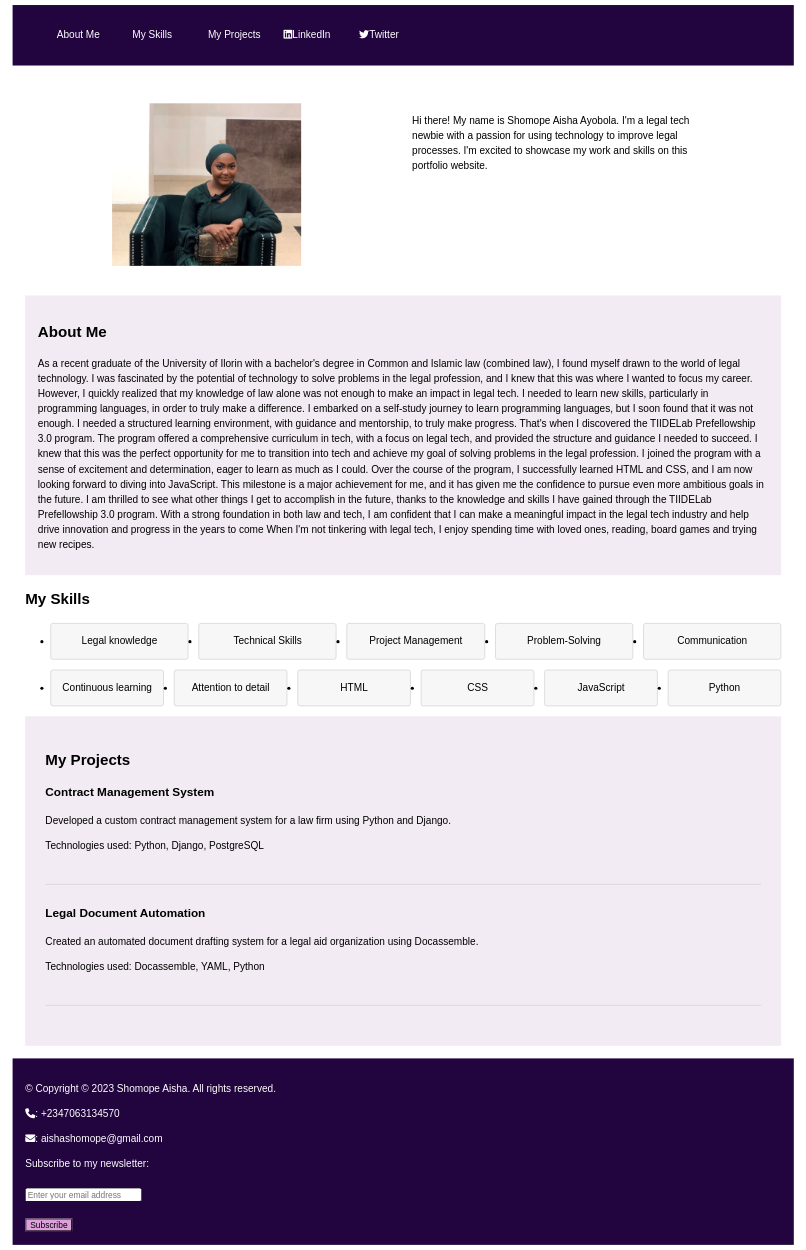
Repository: Iyewande/AishasPortfolio
Page: Index.html
These files come from the project's save history. The page is drawn as it stood at one moment and after the next save; the edit follows.
The browser window is 1280 px wide. The pictures show the whole page, at 63% of full size.
Some web libraries are served in a nearby version.

Above is the page before, as saved 2023-05-04 22:01:07.

After the next save:
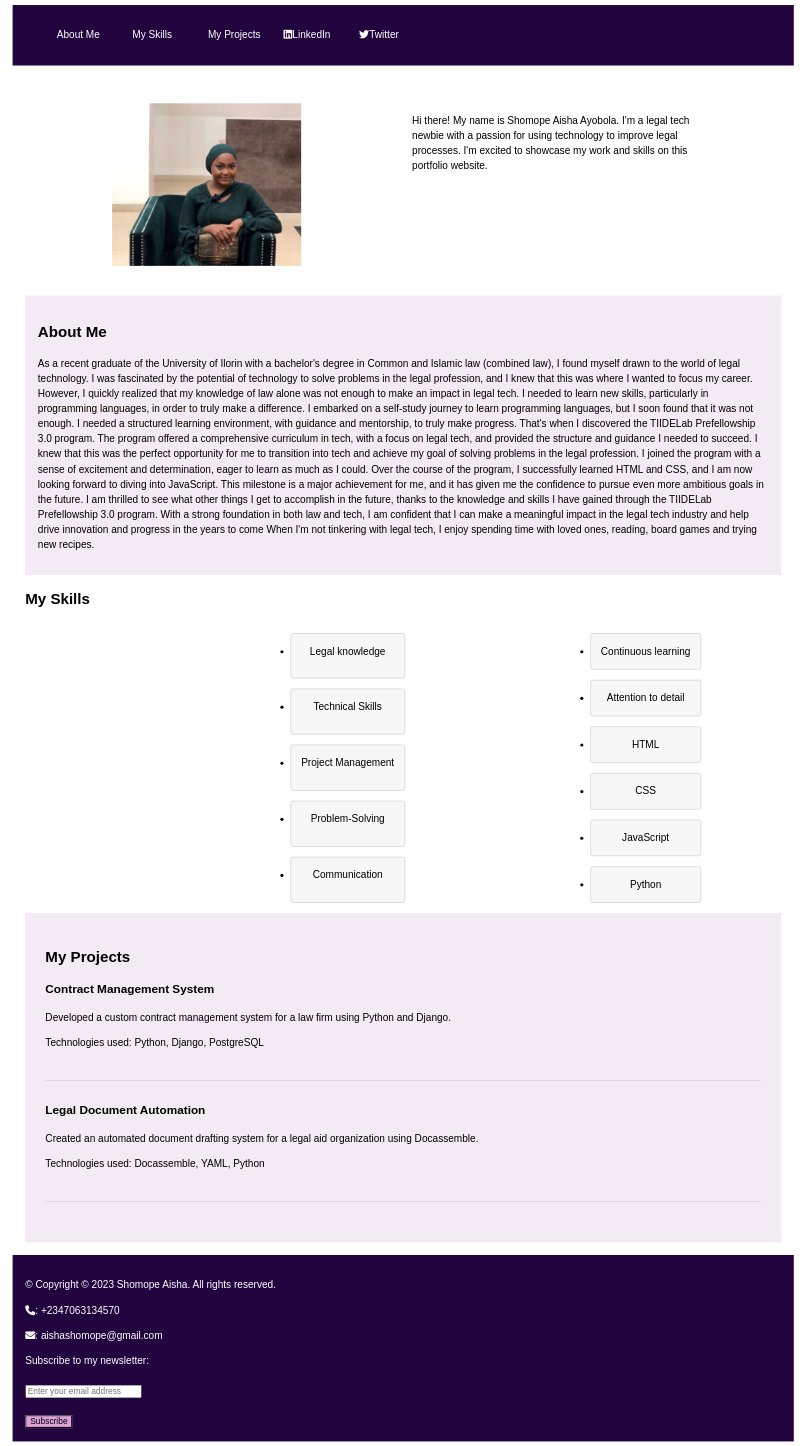
Saved 5 min 44 s later.
--- a/Style.css
+++ b/Style.css
@@ -103,6 +103,23 @@ nav ul li a {
     padding: 1em;
     text-align: center;
   }
+
+  #list{
+    display: flex;
+    justify-content: space-around;
+  }
+
+  #unordered{
+    flex: 40%;
+    line-height: 1;
+  }
+
+  #ordered{
+    flex: 40%;
+    line-height: 1;
+  }
+
+
    */
   /* Global Styles */
 * {
